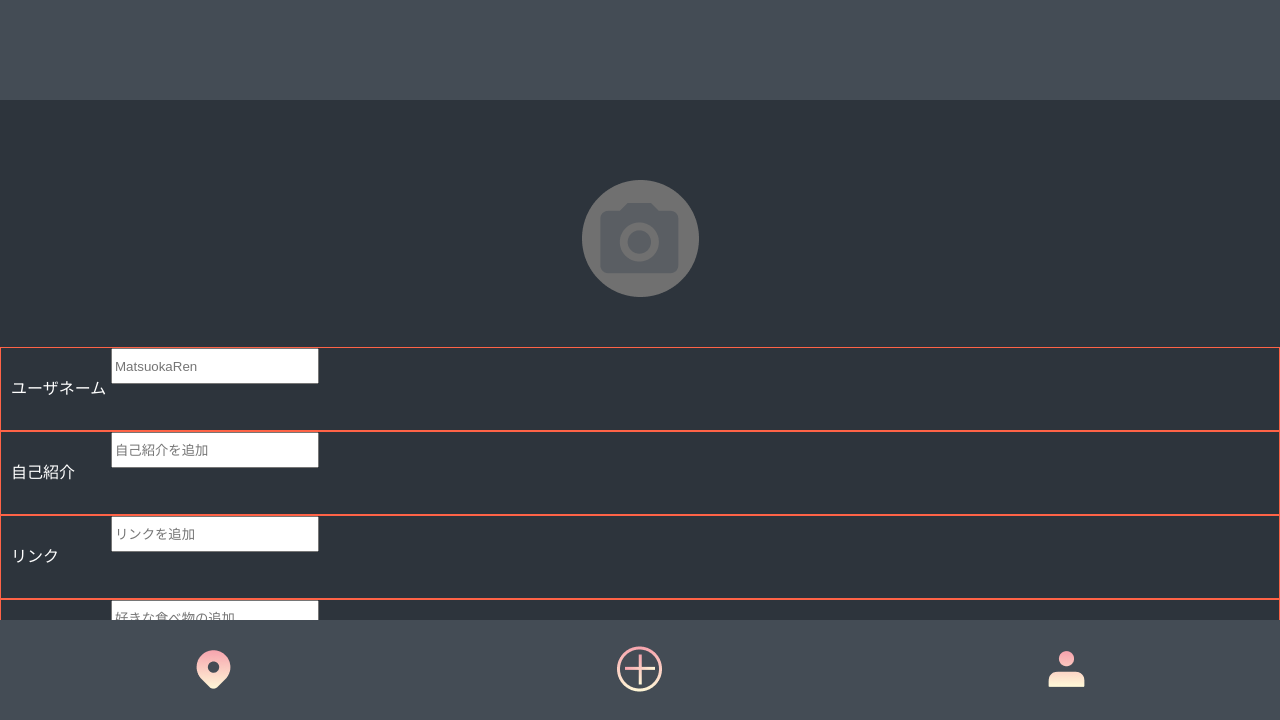
Repository: ren0714poo/respos
Page: edit.html
These files come from the project's save history. The page is drawn as it stood at one moment and after a run of saves; the edit follows.
The browser window is 1280 px wide. The pictures show the whole page.

Above is the page before, as saved 2025-07-17 14:13:59.

### edit.html
<!DOCTYPE html>
<html lang="ja">
<head>
  <meta charset="UTF-8">
  <meta name="viewport" content="width=device-width, initial-scale=1.0">
  <title>respos_edit</title>
  <link rel="stylesheet" href="css/edit.css">
</head>
<body>
  <header>
  </header>

  <main>
    <div class="edit_img"><img src="img/camera_chenge.png" alt="カメラ変更"></div>
    <div class="edit">
      <div class="edit_flex">
        <p>ユーザネーム</p>
        <input type="text" placeholder="MatsuokaRen"><br>
      </div>
      <div class="edit_flex">
        <p>自己紹介</p>
        <input type="text" placeholder="自己紹介を追加"><br>
      </div>
      <div class="edit_flex">
        <p>リンク</p>
        <input type="text" placeholder="リンクを追加"><br>
      </div>
      <div class="edit_flex">
        <p>好きな食べ物</p>
        <input type="text" placeholder="好きな食べ物の追加">
      </div>


    </div>
  </main>

  <footer>
    <button type="button" id="pin" onclick="location.href='top.html'"><img src="img/tabler_map-pin-filled.png" alt="ピン"></button>
    <button type="button"><img src="img/post.png" alt="投稿"></button>
    <button type="button" id="profile" onclick="location.href='profile.html'"><img src="img/icon-park-solid_people.png" alt="プロフィール"></button>
  </footer>

</body>
</html>

### css/edit.css
@media screen and (max-width:480px){


}

html, body {
  color: white;
  background: #2D343C;
  height: 100%;
  margin: 0;
  padding: 0;
  display: grid;
  grid-template-rows: 100px calc(100vh - 200px) 100px;
  grid-template-areas:
  "header"
  "main"
  "footer"
  ;
}



header{
  width: 100%;
  height: 100px;
  background: #444C55;
  display: flex;
  grid-area: header;
}




main{
  width: 100%;
  height: 100%;
  grid-area: main;
}

.edit {
  margin-top: 50px;
  line-height: 50px;
}
.edit_flex{
  border: 1px solid tomato;
  display: flex;
p{
  width: 100px;
  margin-left: 10px;
}
input{
  width: 200px;
  height: 30px;
  align-items: center;
}
}

.edit_img {
  display: flex;
  flex-direction: column;
  align-items: center;
  margin-top: 80px;
}











footer {
  background: #444C55;
  display: flex;
  justify-content: space-around;
  align-items: center;
}

footer button {
  background: transparent;
  border: none;
}

After the next 2 saves:
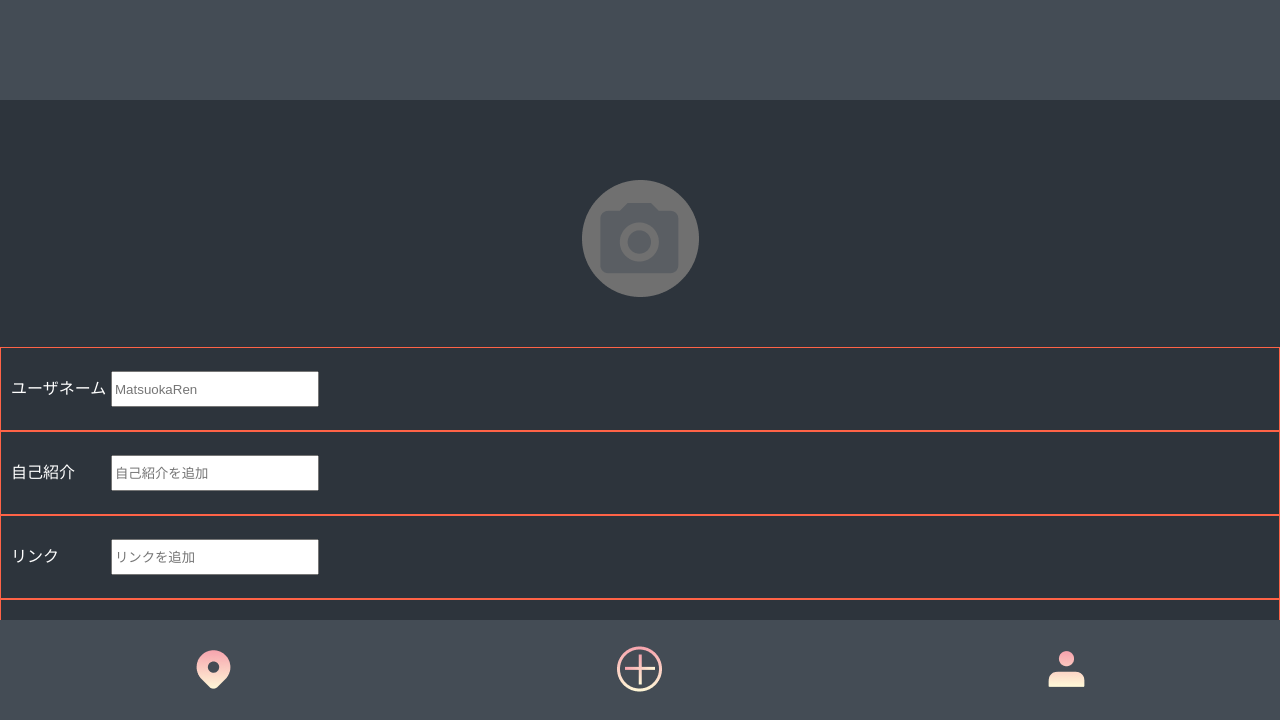
The 2 saves are shown as one change because they came seconds apart.
The last was saved 21 s later.
--- a/css/edit.css
+++ b/css/edit.css
@@ -52,6 +52,7 @@ input{
   width: 200px;
   height: 30px;
   align-items: center;
+  margin: auto 0;
 }
 }
 
